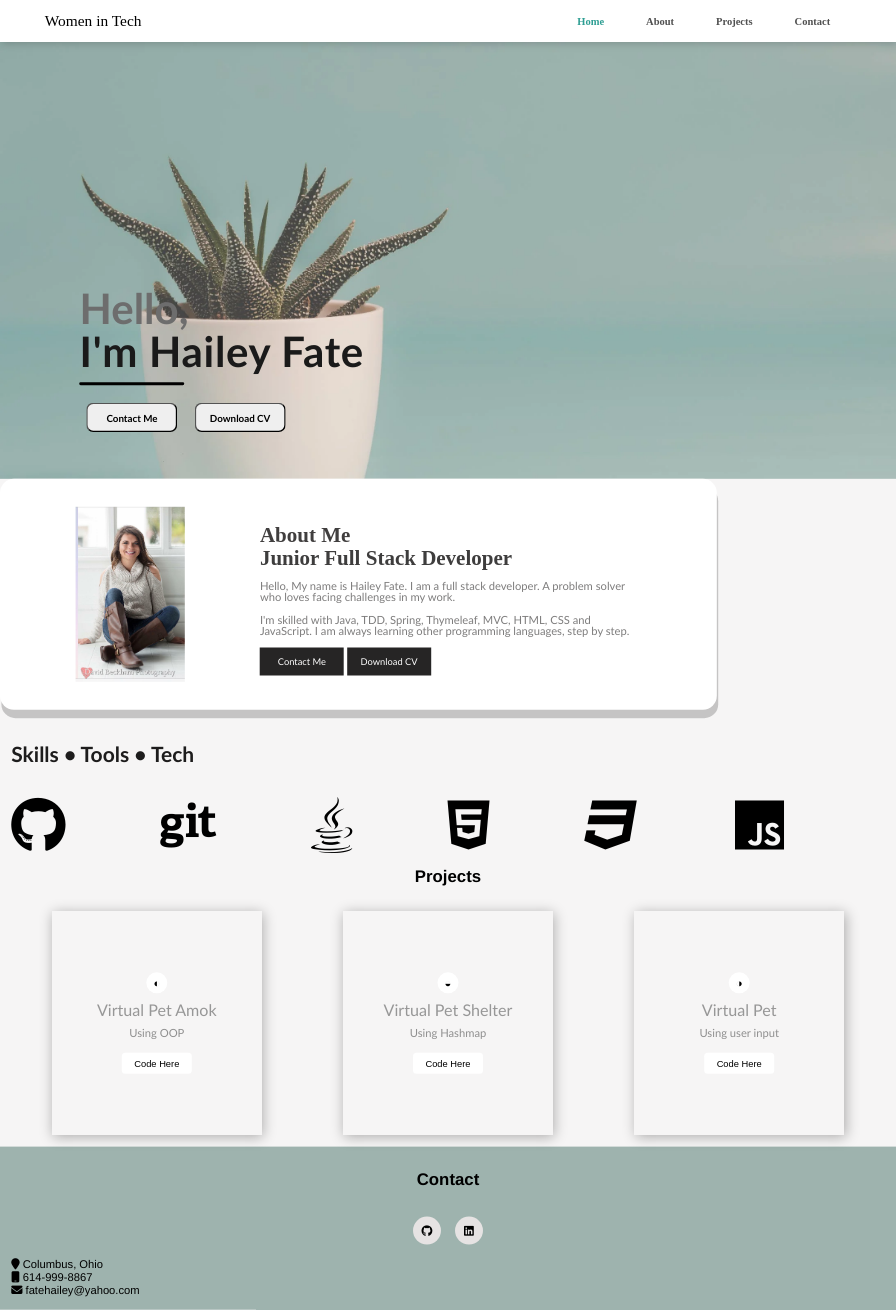
Repository: fatehailey/fatehailey.github.io
Page: index.html
An editor plug-in stored every save of this project. The page is shown before and after the next save, followed by the edit.
The browser window is 1280 px wide. The pictures show the whole page, at 70% of full size.
Some web libraries are served in a nearby version.

Above is the page before, as saved 2022-07-25 15:24:20.

After the next save:
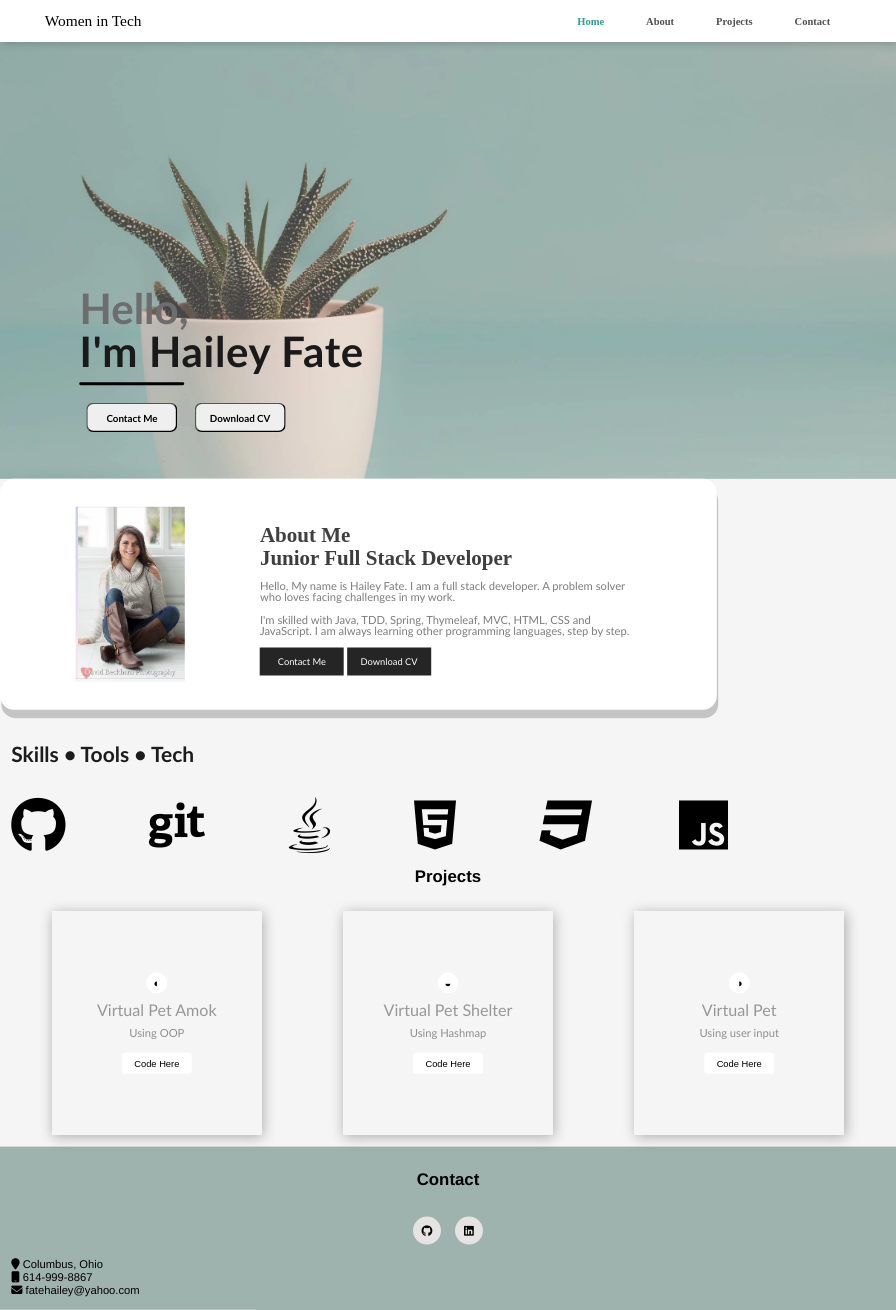
Saved 5 s later.
--- a/style.css
+++ b/style.css
@@ -175,7 +175,7 @@
 {
     flex: 50%;
     padding-left: 1rem;
-    padding-right: 10rem;
+    padding-right: 15rem;
     justify-content: space-between;
     display: flex;
     flex-flow: row wrap;
